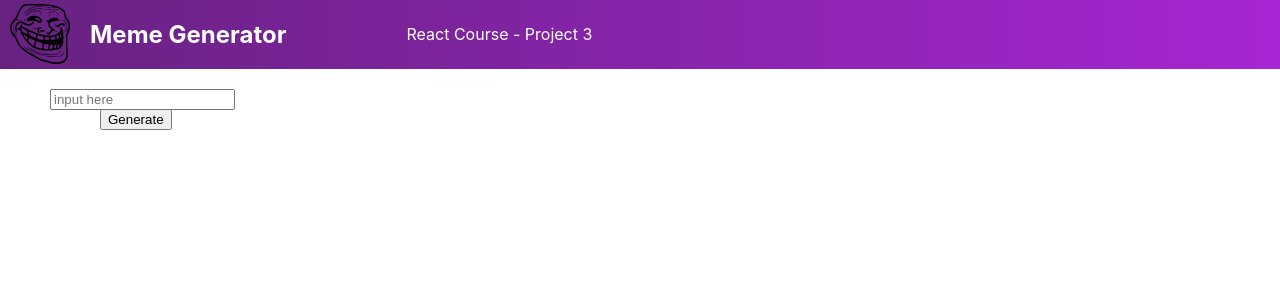
Repository: mortiestmorty1/meme-generator-react
Page: /
These files come from the project's save history. The page is drawn as it stood at one moment and after the next save; the edit follows.
The browser window is 1280 px wide. The pictures show the whole page.
The project was rebuilt for these pictures with package versions that can differ from the ones it lists, and the page was loaded fresh each time.

Above is the page before, as saved 2024-01-17 19:18:09.

### src/index.css
body {
  margin: 0;
  font-family: -apple-system, BlinkMacSystemFont, 'Segoe UI', 'Roboto', 'Oxygen',
    'Ubuntu', 'Cantarell', 'Fira Sans', 'Droid Sans', 'Helvetica Neue',
    sans-serif;
  -webkit-font-smoothing: antialiased;
  -moz-osx-font-smoothing: grayscale;
}

code {
  font-family: source-code-pro, Menlo, Monaco, Consolas, 'Courier New',
    monospace;
}
* {
  box-sizing: border-box;
  }

### src/App.js
import logo from './logo.svg';
import './App.css';
import React from "react";
import Navbar from "./components/Navbar";
import Inputs from "./components/inputs";
function App() {
  return (
    <div className="App">
      <Navbar />
      <Inputs />
    </div>
  );
}

export default App;

### src/App.css
.nav-container {
  display: flex;
  justify-content: space-between;
  align-items: center;
  background: linear-gradient(to right, #672280,#A626D3);
  }
  .image{
    width: 60px;
    height: 60px;
    margin-left: 10px;
  }
  .navbar{
    display: flex;
    justify-content: space-around;
    align-items: center;
    margin-right: 10px;
    color: white;
  }
  .navbar h1{
    margin-right: 20px;
    margin-left: 20px;
  }
  .info{
    margin-left: 100px;
  }
  .inputs-container{
    margin-left: 50px;
    margin-top: 20px;
  }
  .top{
    position: absolute;
  }
  .bottom{
    position: absolute;
  }
  .topinput{
    position: absolute;

  }
  .bottominput{
    position: absolute;

  }
  .generate{
    margin-left: 50px;
    margin-top: 20px;
  }

### src/components/Navbar.js
import React from "react";
import Troll from "./Troll-Face.svg";
import "../App.css";
function Navbar(){
    return(
        <div className="nav-container">
            <nav className="navbar">
                <img src={Troll} className="image" alt="Troll Face" />
                <h1>Meme Generator</h1>
                <section className="info">
                    <p>React Course - Project 3</p>
                </section>
            </nav>
        </div>
    )
}

export default Navbar;

### src/components/inputs.js
import React from "react";
import "../App.css";

function Inputs(){
    return(
        <div className="inputs-container">
            <form className="inputs">
                <label className="top">Top Text</label>
                <input  className="topinput" type="text" placeholder="input here" />
                <label className="bottom">Top Text</label>
                <input className="bottominput" type="text" placeholder="input here" />
                <button className="generate">Generate</button>
            </form>
        </div>
    )
}

export default Inputs;

Loaded but not shown: public/index.html (common file); src/index.js (common file); src/reportWebVitals.js (common file)

After the next save:
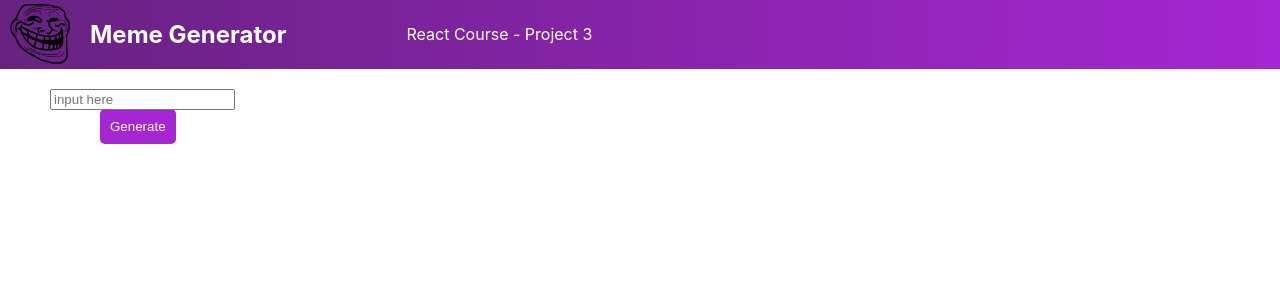
Saved 10 s later.
--- a/src/App.css
+++ b/src/App.css
@@ -44,4 +44,10 @@
   .generate{
     margin-left: 50px;
     margin-top: 20px;
+    background-color: #A626D3;
+    color: white;
+    border: none;
+    padding: 10px;
+    border-radius: 5px;
+    cursor: pointer;
   }
